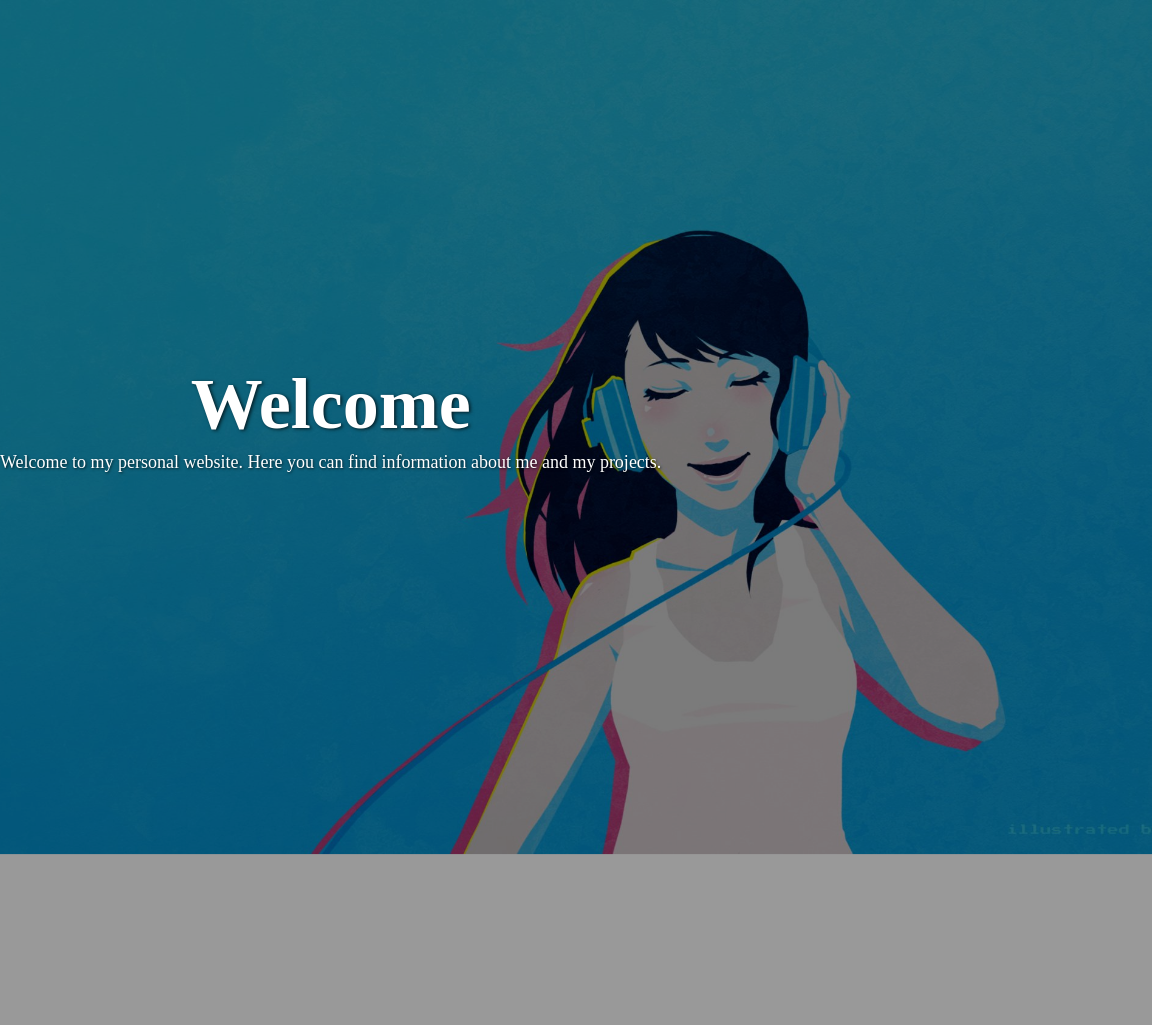
Repository: cydxf/cydxf.github.io
Page: index.html
The author's editor kept a copy of each file at every save. The page is drawn from the files as they stood at one save, then again after the next save.
The browser window is 1280 px wide. The pictures show the whole page, at 90% of full size.

Above is the page before, as saved 2024-08-02 01:57:10.

After the next save:
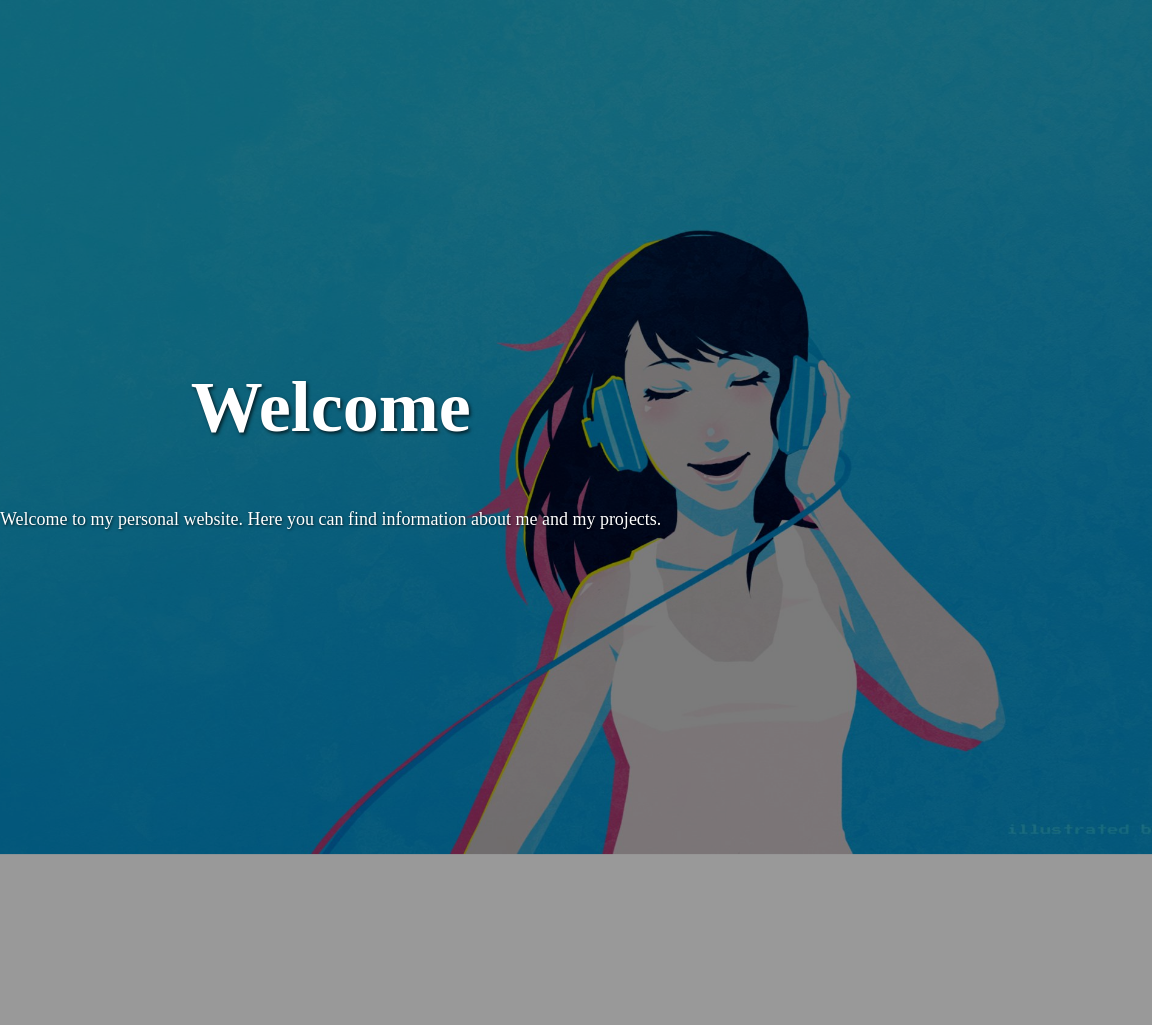
Saved 30 s later.
--- a/css/styles.css
+++ b/css/styles.css
@@ -41,7 +41,7 @@
 
 .hero h1 {
     font-size: 5rem; /* 适当调整标题字体大小 */
-    margin: 0;
+    margin: 10;
     padding: 0;
     text-shadow: 2px 2px 4px rgba(0, 0, 0, 0.7); /* 添加文本阴影使其更清晰 */
 }

After the 4 saves that followed:
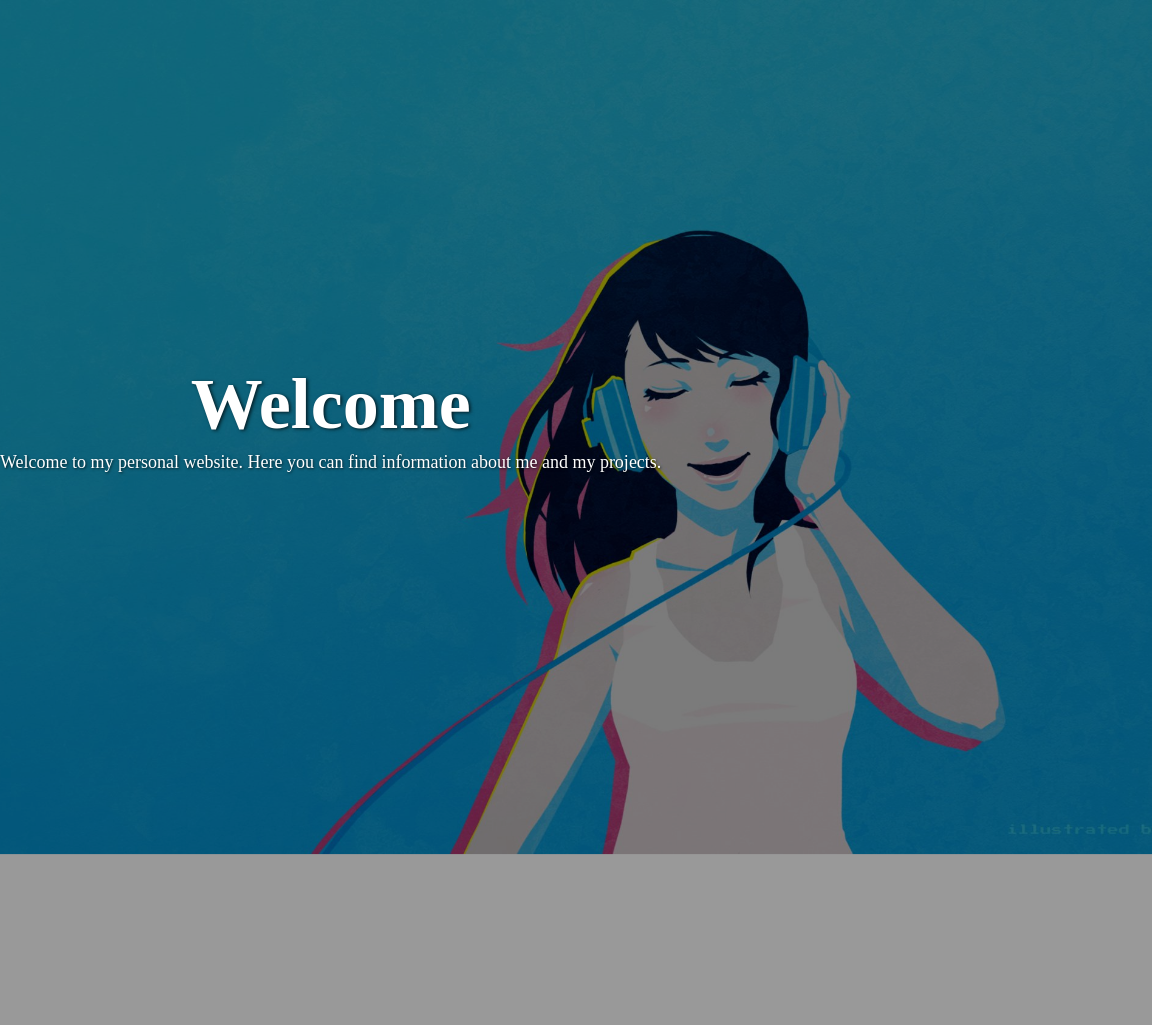
The 4 saves are shown as one change because they came seconds apart.
The last was saved 15 s later.
--- a/css/styles.css
+++ b/css/styles.css
@@ -41,8 +41,8 @@
 
 .hero h1 {
     font-size: 5rem; /* 适当调整标题字体大小 */
-    margin: 10;
-    padding: 0;
+    margin: 0;
+    padding: 20;
     text-shadow: 2px 2px 4px rgba(0, 0, 0, 0.7); /* 添加文本阴影使其更清晰 */
 }
 
